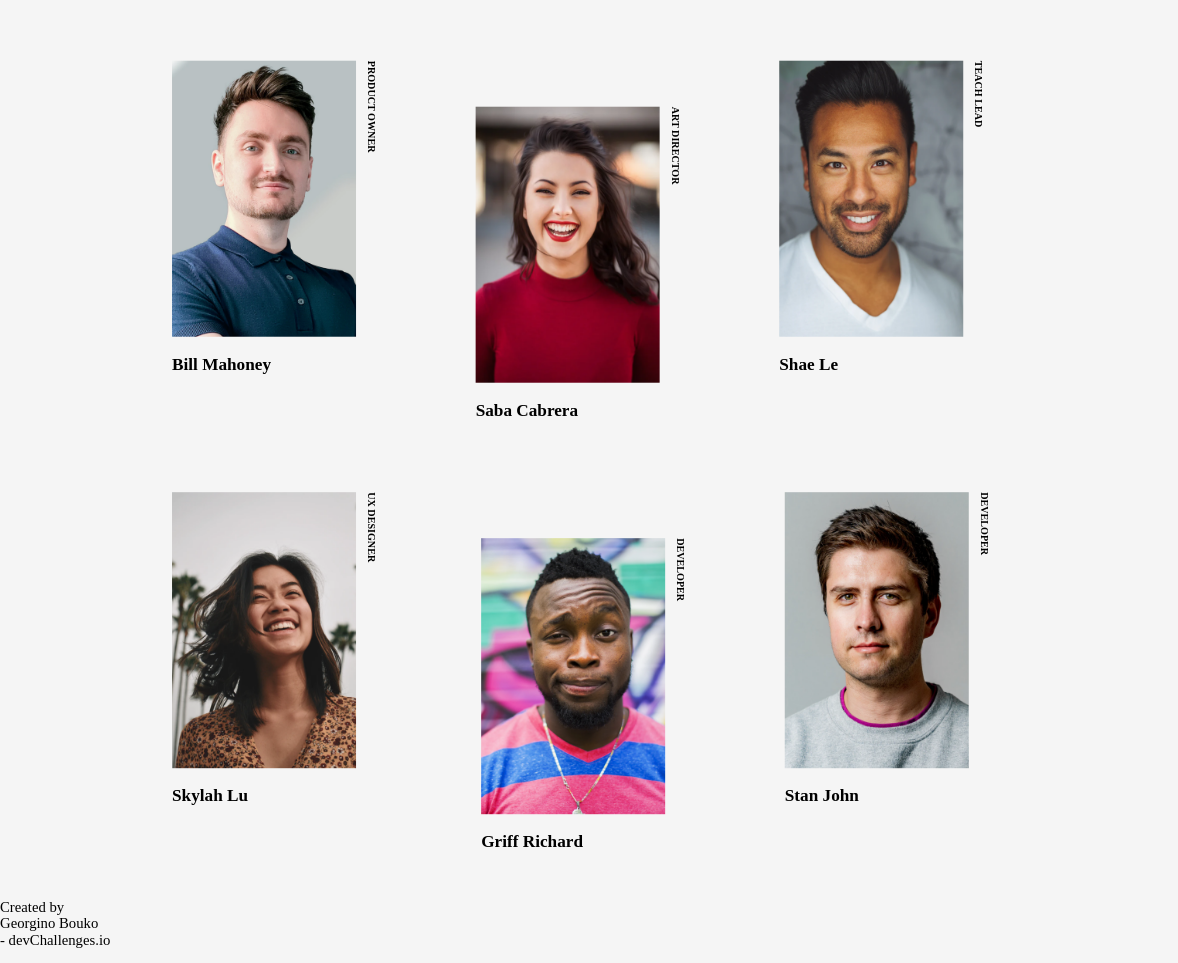
Repository: georgisenze/my-team-page-challeng
Page: index.html
These files come from the project's save history. The page is drawn as it stood at one moment and after the next save; the edit follows.
The browser window is 1280 px wide. The pictures show the whole page, at 92% of full size.

Above is the page before, as saved 2023-02-22 22:34:51.

After the next save:
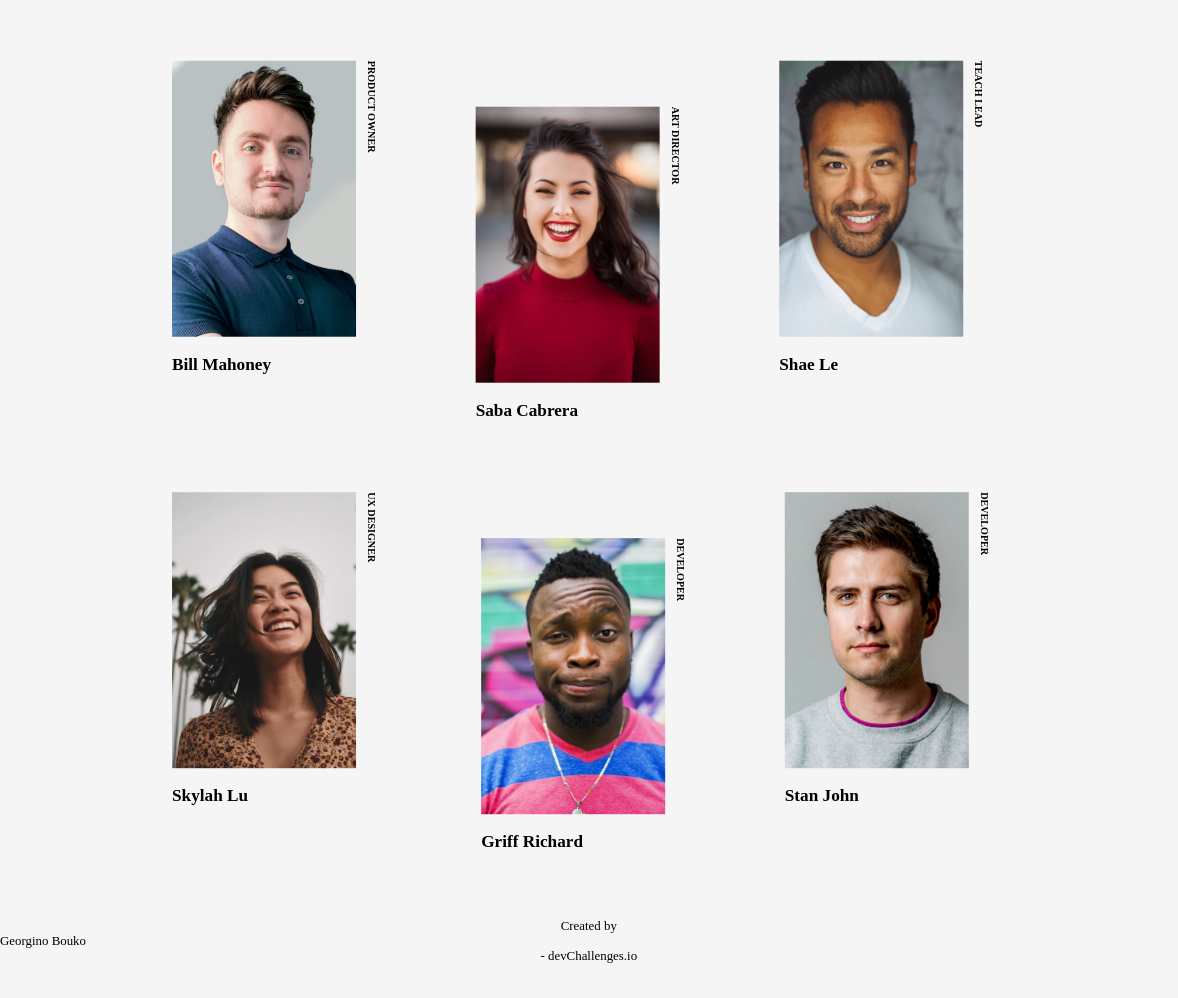
Saved 45 s later.
--- a/assets/css/style.css
+++ b/assets/css/style.css
@@ -39,6 +39,12 @@
     text-transform: uppercase;
   }
 
+  footer{
+    text-align: center;
+    padding: 24px 0;
+    font-size: 14px;
+}
+
   label {
     --flow-space: 1rem;
     display: grid;
